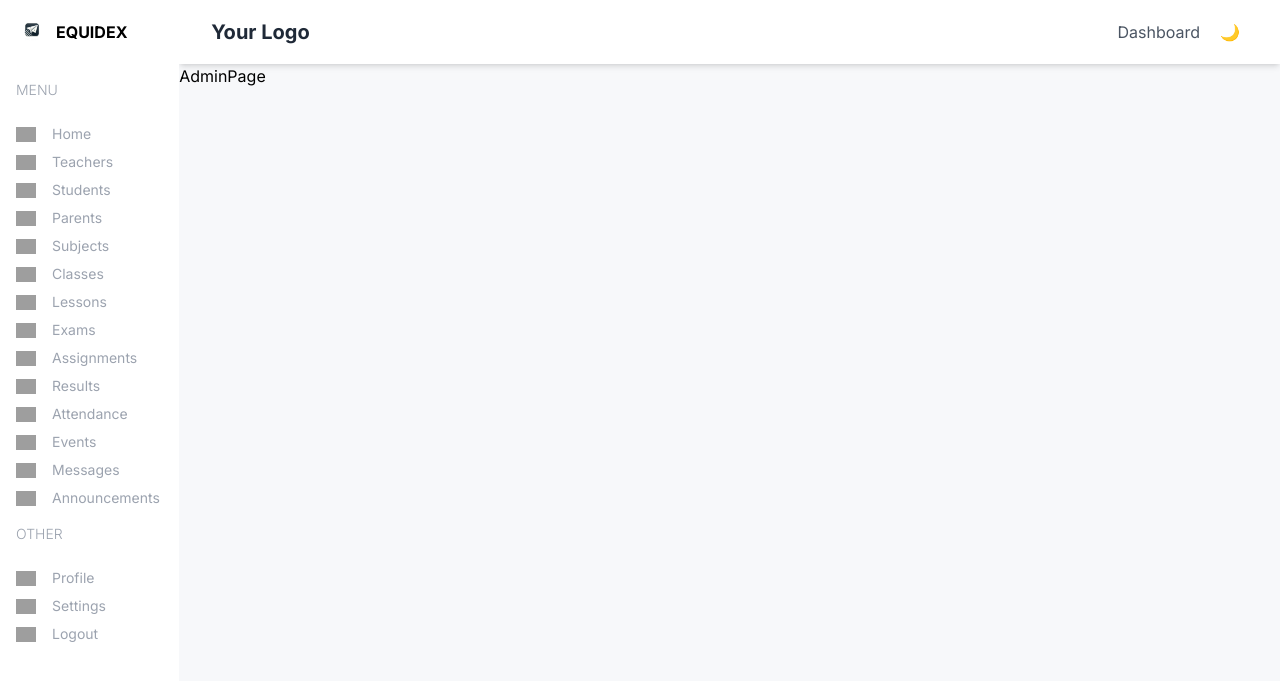
Repository: MikeeBuilds/equidex
Page: /admin
An editor plug-in stored every save of this project. The page is shown before and after the next save, followed by the edit.
The browser window is 1280 px wide. The pictures show the whole page.
Pictures or frames that could not be fetched are drawn as grey boxes. The project was rebuilt for these pictures with package versions that can differ from the ones it lists, and the page was loaded fresh each time. The framework's server and built-in components were replaced by stand-ins that run in the browser. Also part of the build but not shown: next.config.mjs.

Above is the page before, as saved 2024-09-24 17:15:59.

### src/app/layout.tsx
import type { Metadata } from "next";
import { Inter } from "next/font/google";
import "./globals.css";

const inter = Inter({ subsets: ["latin"] });

export const metadata: Metadata = {
  title: "Equidex",
  description: "Link with builders & share workload for sweat equity",
};

export default function RootLayout({
  children,
}: Readonly<{
  children: React.ReactNode;
}>) {
  return (
    <html lang="en">
      <body className={inter.className}>

        {children}
      </body>
    </html>
  );
}

### src/app/(dashboard)/layout.tsx
import Menu from "@/components/Menu";
import Navbar from "@/components/Navbar";
import Image from "next/image";
import Link from "next/link";

export default function DashboardLayout({
  children,
}: Readonly<{
  children: React.ReactNode;
}>) {
  return (
    <div className="h-screen flex">
      {/* LEFT */}
      <div className="w-[14%] md:w-[8%] lg:w-[16%] xl:w-[14%] p-4">
        <Link
          href="/"
          className="flex items-center justify-center lg:justify-start gap-2"
        >
          <Image src="/logo.png" alt="logo" width={32} height={32} />
          <span className="hidden lg:block font-bold">EQUIDEX</span>
        </Link>
        <Menu />
      </div>
      {/* RIGHT */}
      <div className="w-[86%] md:w-[92%] lg:w-[84%] xl:w-[86%] bg-[#F7F8FA] overflow-scroll flex flex-col">
        <Navbar />
        {children}
      </div>
    </div>
  );
}

### src/components/Menu.tsx
import Image from "next/image";
import Link from "next/link";

const menuItems = [
  {
    title: "MENU",
    items: [
      {
        icon: "/home.png",
        label: "Home",
        href: "/",
        visible: ["admin", "teacher", "student", "parent"],
      },
      {
        icon: "/teacher.png",
        label: "Teachers",
        href: "/list/teachers",
        visible: ["admin", "teacher"],
      },
      {
        icon: "/student.png",
        label: "Students",
        href: "/list/students",
        visible: ["admin", "teacher"],
      },
      {
        icon: "/parent.png",
        label: "Parents",
        href: "/list/parents",
        visible: ["admin", "teacher"],
      },
      {
        icon: "/subject.png",
        label: "Subjects",
        href: "/list/subjects",
        visible: ["admin"],
      },
      {
        icon: "/class.png",
        label: "Classes",
        href: "/list/classes",
        visible: ["admin", "teacher"],
      },
      {
        icon: "/lesson.png",
        label: "Lessons",
        href: "/list/lessons",
        visible: ["admin", "teacher"],
      },
      {
        icon: "/exam.png",
        label: "Exams",
        href: "/list/exams",
        visible: ["admin", "teacher", "student", "parent"],
      },
      {
        icon: "/assignment.png",
        label: "Assignments",
        href: "/list/assignments",
        visible: ["admin", "teacher", "student", "parent"],
      },
      {
        icon: "/result.png",
        label: "Results",
        href: "/list/results",
        visible: ["admin", "teacher", "student", "parent"],
      },
      {
        icon: "/attendance.png",
        label: "Attendance",
        href: "/list/attendance",
        visible: ["admin", "teacher", "student", "parent"],
      },
      {
        icon: "/calendar.png",
        label: "Events",
        href: "/list/events",
        visible: ["admin", "teacher", "student", "parent"],
      },
      {
        icon: "/message.png",
        label: "Messages",
        href: "/list/messages",
        visible: ["admin", "teacher", "student", "parent"],
      },
      {
        icon: "/announcement.png",
        label: "Announcements",
        href: "/list/announcements",
        visible: ["admin", "teacher", "student", "parent"],
      },
    ],
  },
  {
    title: "OTHER",
    items: [
      {
        icon: "/profile.png",
        label: "Profile",
        href: "/profile",
        visible: ["admin", "teacher", "student", "parent"],
      },
      {
        icon: "/setting.png",
        label: "Settings",
        href: "/settings",
        visible: ["admin", "teacher", "student", "parent"],
      },
      {
        icon: "/logout.png",
        label: "Logout",
        href: "/logout",
        visible: ["admin", "teacher", "student", "parent"],
      },
    ],
  },
];

const Menu = () => {
  return (
    <div className=" mt-4 text-sm">
      {menuItems.map(i=> (
        <div className="flex flex-col gap-2" key={i.title}>
          <span className="hidden lg:block text-gray-400 font-light my-4">{i.title}</span>
          {i.items.map(item => (
            <Link className="flex items-center justify-center lg:justify-start gap-4 text-gray-400 hover:text-black" href={item.href} key={item.label}>
              <Image src={item.icon} alt="" width={20} height={20} />
              <span className="hidden lg:block">{item.label}</span>
            </Link>
          ))}
        </div>
      ))}
    </div>
  )
}

export default Menu;

### src/components/Navbar.tsx
import Link from 'next/link';
import DarkModeToggle from './DarkModeToggle';

const Navbar = () => {
  return (
    <nav className="bg-white dark:bg-gray-800 shadow-md">
      <div className="max-w-7xl mx-auto px-4 sm:px-6 lg:px-8">
        <div className="flex items-center justify-between h-16">
          <div className="flex items-center">
            <Link href="/" className="text-xl font-bold text-gray-800 dark:text-white">
              Your Logo
            </Link>
          </div>
          <div className="flex items-center">
            <Link href="/dashboard" className="text-gray-600 dark:text-gray-300 hover:text-gray-800 dark:hover:text-white px-3 py-2">
              Dashboard
            </Link>
            <DarkModeToggle />
          </div>
        </div>
      </div>
    </nav>
  );
};

export default Navbar;

### src/components/DarkModeToggle.tsx
import { useState, useEffect } from 'react';
import { useTheme } from 'next-themes';

const DarkModeToggle = () => {
  const [mounted, setMounted] = useState(false);
  const { theme, setTheme } = useTheme();

  useEffect(() => {
    setMounted(true);
  }, []);

  if (!mounted) {
    return null;
  }

  return (
    <button
      className="p-2 rounded-md hover:bg-gray-200 dark:hover:bg-gray-700"
      onClick={() => setTheme(theme === 'dark' ? 'light' : 'dark')}
    >
      {theme === 'dark' ? '🌞' : '🌙'}
    </button>
  );
};

export default DarkModeToggle;

### tailwind.config.ts
import type { Config } from "tailwindcss";

const config: Config = {
  content: [
    "./src/pages/**/*.{js,ts,jsx,tsx,mdx}",
    "./src/components/**/*.{js,ts,jsx,tsx,mdx}",
    "./src/app/**/*.{js,ts,jsx,tsx,mdx}",
  ],
  darkMode: 'class', // Add this line
  theme: {
    extend: {
      backgroundImage: {
        "gradient-radial": "radial-gradient(var(--tw-gradient-stops))",
        "gradient-conic":
          "conic-gradient(from 180deg at 50% 50%, var(--tw-gradient-stops))",
      },
    },
  },
  plugins: [],
};
export default config;

Loaded but not shown: src/app/(dashboard)/admin/page.tsx (common file); src/app/globals.css (common file)

After the next save:
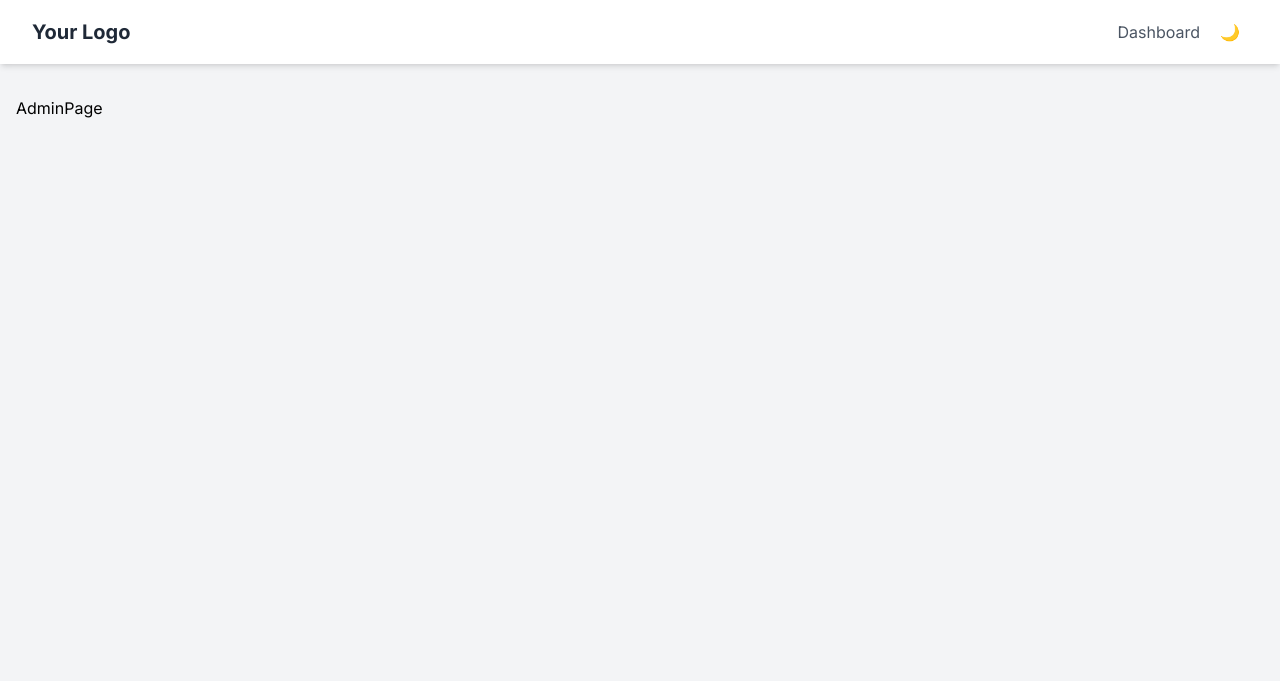
Saved 2 s later.
--- a/src/app/(dashboard)/layout.tsx
+++ b/src/app/(dashboard)/layout.tsx
@@ -1,3 +1,4 @@
+import { ThemeProvider } from 'next-themes';
 import Menu from "@/components/Menu";
 import Navbar from "@/components/Navbar";
 import Image from "next/image";
@@ -9,23 +10,13 @@
   children: React.ReactNode;
 }>) {
   return (
-    <div className="h-screen flex">
-      {/* LEFT */}
-      <div className="w-[14%] md:w-[8%] lg:w-[16%] xl:w-[14%] p-4">
-        <Link
-          href="/"
-          className="flex items-center justify-center lg:justify-start gap-2"
-        >
-          <Image src="/logo.png" alt="logo" width={32} height={32} />
-          <span className="hidden lg:block font-bold">EQUIDEX</span>
-        </Link>
-        <Menu />
+    <ThemeProvider attribute="class">
+      <div className="min-h-screen bg-gray-100 dark:bg-gray-900">
+        <Navbar />
+        <main className="container mx-auto px-4 py-8">
+          {children}
+        </main>
       </div>
-      {/* RIGHT */}
-      <div className="w-[86%] md:w-[92%] lg:w-[84%] xl:w-[86%] bg-[#F7F8FA] overflow-scroll flex flex-col">
-        <Navbar />
-        {children}
-      </div>
-    </div>
+    </ThemeProvider>
   );
 }
